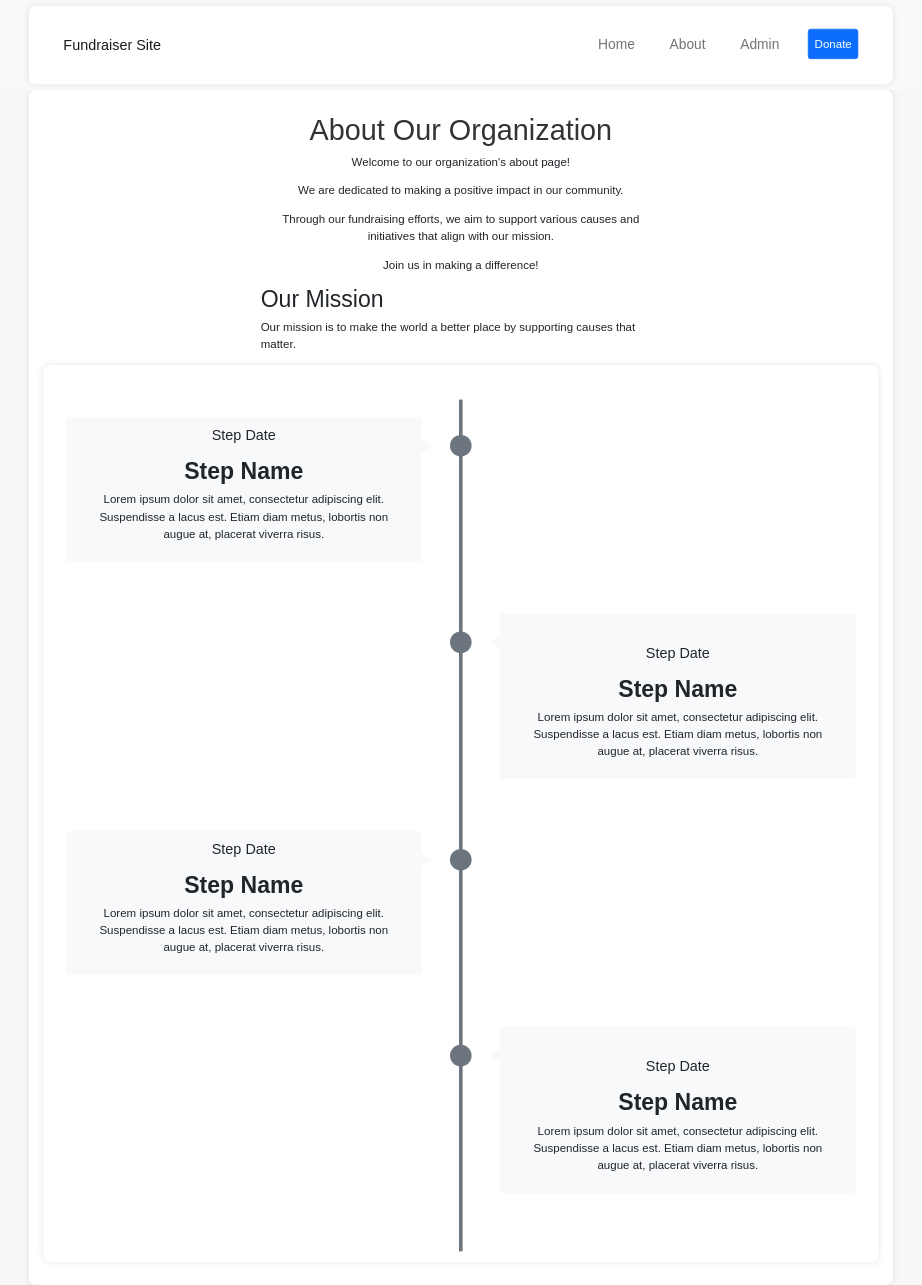
Repository: DragonFruit8/Fundraiser-Page
Page: /about
The author's editor kept a copy of each file at every save. The page is drawn from the files as they stood at one save, then again after a run of saves.
The browser window is 1280 px wide. The pictures show the whole page, at 72% of full size.
The project was rebuilt for these pictures with package versions that can differ from the ones it lists, and the page was loaded fresh each time. Also part of the build but not shown: src/pages/HomeContainer.js, src/pages/Donate.js, src/pages/Admin.js.

Above is the page before, as saved 2024-07-19 14:02:25.

After the next 2 saves:
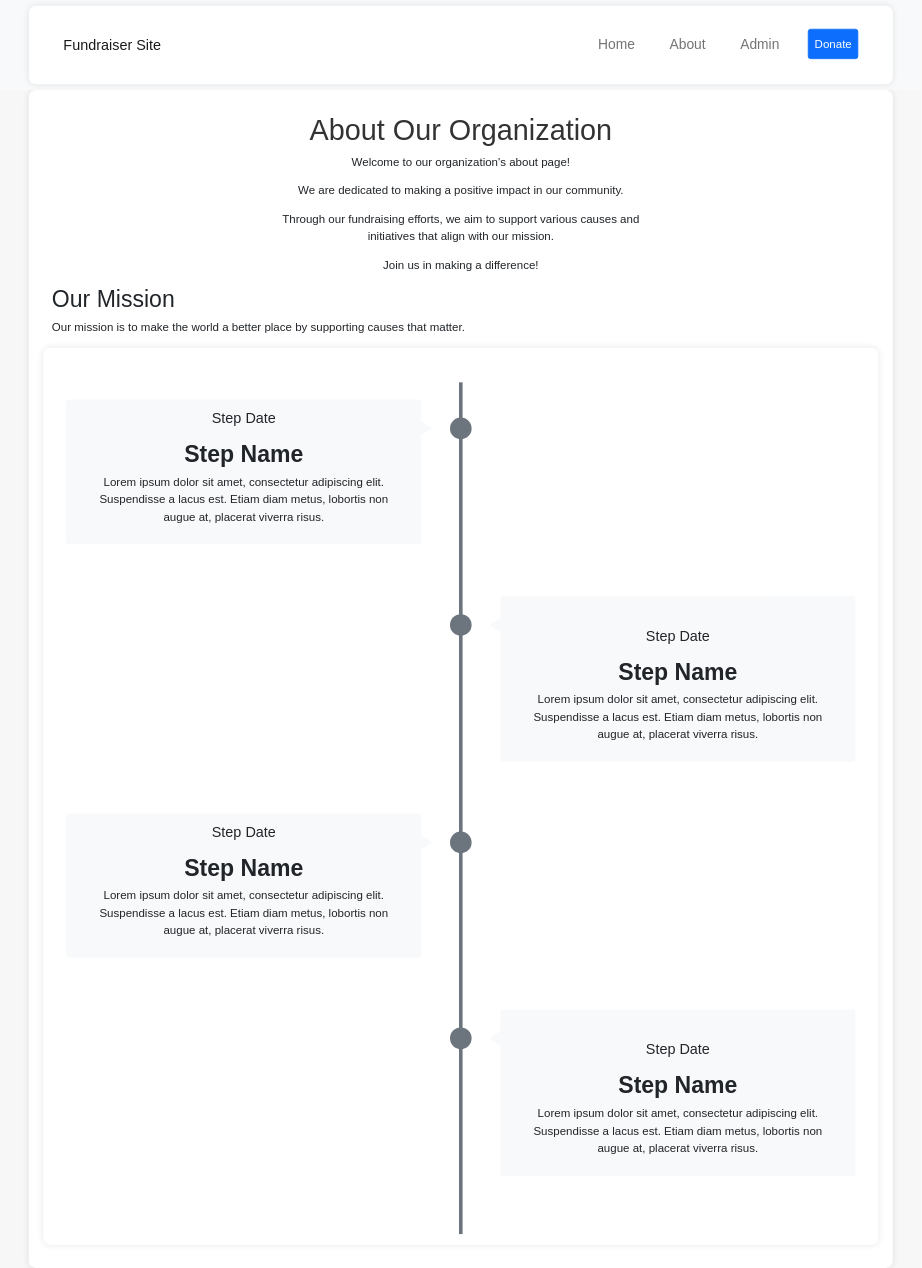
The 2 saves are shown as one change because they came seconds apart.
The last was saved 8 s later.
--- a/src/pages/About.js
+++ b/src/pages/About.js
@@ -123,7 +123,7 @@ const About = () => {
                     </div>
                 </div>
                 <div className="row justify-content-center align-items-center">
-                    <div className="col-md-6 text-start" style={{ textAlign: 'center' }}>
+                    <div className="col-md-12 text-start" style={{ textAlign: 'center' }}>
                         <h2>Our Mission</h2>
                         <p>Our mission is to make the world a better place by supporting causes that matter.</p>
                     </div>
